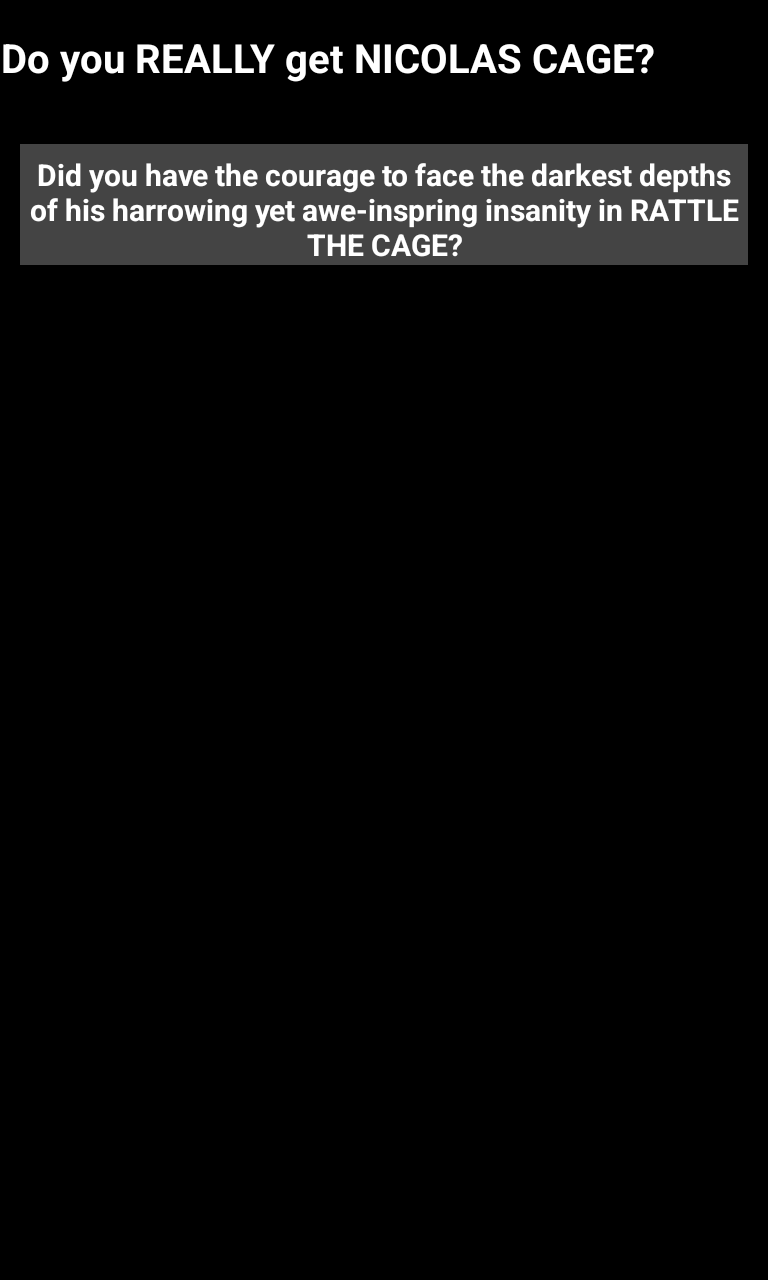
Repository: kylenicola/NicCageMobileApp
Layout: NicolasCageApp/res/layout/activity_score_menu.xml
These files come from the project's save history. The layout is drawn as it stood at one moment and after the next save; the edit follows.
It is drawn on a 768 x 1280 px phone screen (xhdpi) without system bars, with theme AppTheme; the app's code is not run.

Above is the layout before, as saved 2014-12-04 02:18:11.

After the next save:
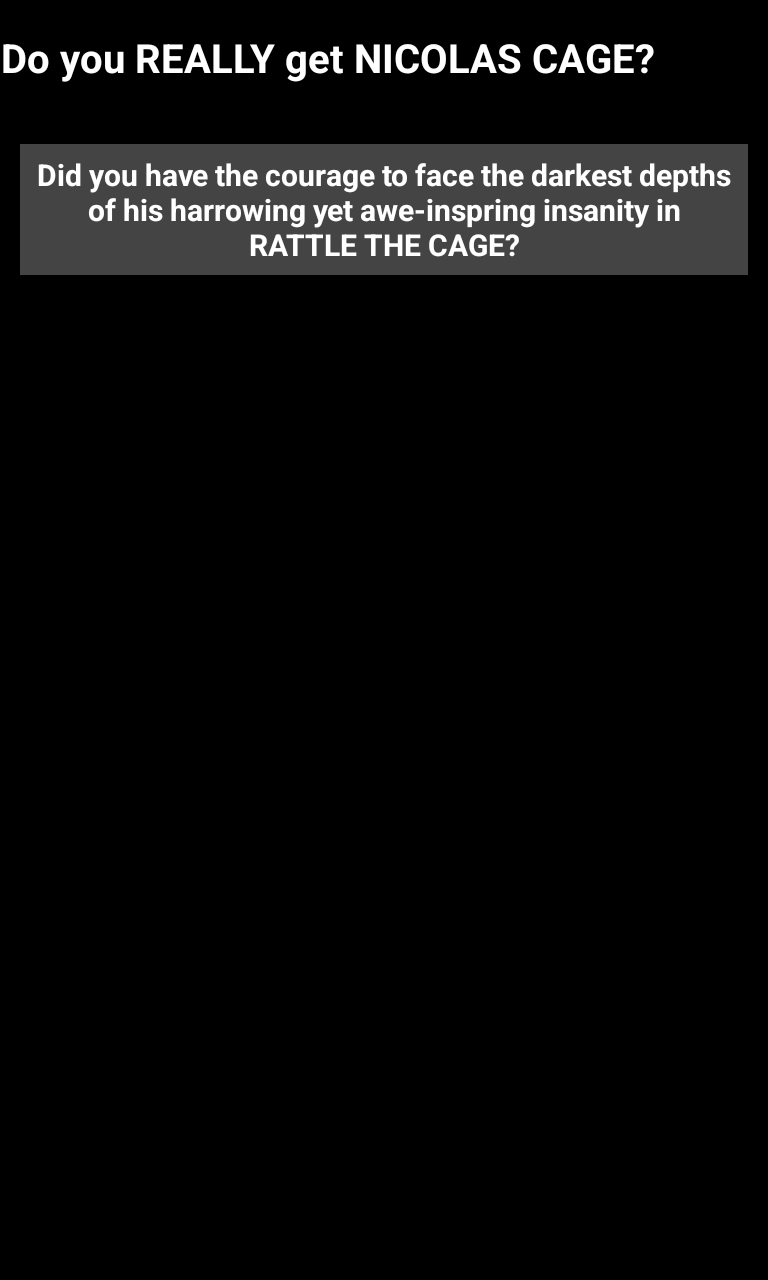
Saved 20 s later.
--- a/NicolasCageApp/res/layout/activity_score_menu.xml
+++ b/NicolasCageApp/res/layout/activity_score_menu.xml
@@ -26,6 +26,9 @@
 	    android:layout_marginLeft="10dp"
 	    android:layout_marginRight="10dp"
 	    android:paddingTop="5dp"
+	    android:paddingBottom="5dp"
+	    android:paddingLeft="5dp"
+	    android:paddingRight="5dp"
 	    android:background="#ff444444"
 	    android:text="@string/rattle_the_cage_score_description"
 	    android:textColor="@android:color/white"
